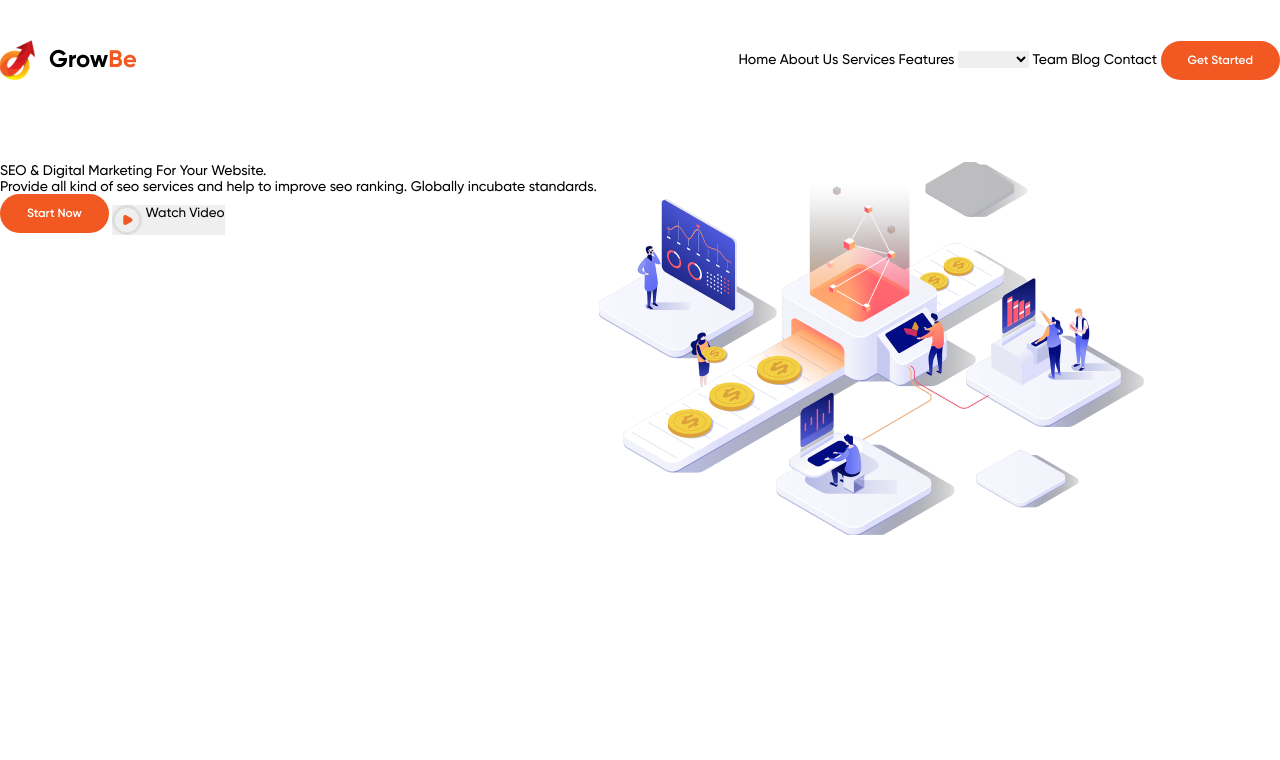
Repository: Alekseiy1980/GrowBe
Page: index.html
An editor plug-in stored every save of this project. The page is shown before and after the next save, followed by the edit.
The browser window is 1280 px wide. The pictures show the whole page.

Above is the page before, as saved 2024-01-20 13:09:56.

### index.html
<!DOCTYPE html>
<html lang="en">
<head>
    <meta charset="UTF-8">
    <meta name="viewport" content="width=device-width, initial-scale=1.0">

    <link rel="stylesheet" href="css/reset.css">
    <link rel="stylesheet" href="css/style.css">
    <title>GrowBe</title>
</head>
<body>
    <header>
        <div class="menu_bar">
            <div class="logo">
                <a class="logo-link" href="#">
                    <img src="/img/Logo.svg"  />
                </a>
            </div>
            <nav>
                <a class="menu menu_activ" href="@">Home</a>
                <a class="menu" href="@"> About Us</a>
                <a class="menu" href="@">Services</a>
                <label class="menu menu_label" for="pet-select">Features</label>
                    <select name="pets" id="pet-select">
                    <option value=""></option>
                    <option value="dog">Dog</option>
                    <option value="cat">Cat</option>
                    <option value="hamster">Hamster</option>
                    <option value="parrot">Parrot</option>
                    <option value="spider">Spider</option>
                    <option value="goldfish">Goldfish</option>
                    </select>

                <a class="menu" href="@">Team</a>
                <a class="menu" href="@">Blog</a>
                <a class="menu" href="@">Contact</a>
                <button class="btn_menu" type="button">Get Started</button>
            </nav>
        </div>


        <div class="home_meta">
            <div class="nome_content">
                <div class="home_title">
                    <h1>SEO & Digital <span>Marketing</span>  For Your Website.</>
                </div>
            <div class="sub_title">
                <p>Provide all kind of seo services and help to improve seo ranking. Globally incubate standards.</p>
            </div>
            <div class="btn_meta">
                <button class="btn_menu" type="button">Start Now</button>
                <button class="btn_video" type="button">
                        <img
                            src="img/play.svg"
                            alt="play"
                            />
                    Watch Video</button>
            </div>
            </div>
            <div class="home_img">
                <img src="img/home_Image.png" alt="">
            </div>
        </div>
    </header>
</body>
</html>

### css/reset.css

* {
    padding: 0;
    margin: 0;
    border: 0;
}

*,
*::before,
*::after {
    -moz-box-sizing: border-box;
    -webkit-box-sizing: border-box;
    box-sizing: border-box;
}

:focus,
:active {
    outline: none;
}

a:focus,
a:active {
    outline: none;
}

nav,
footer,
header,
aside {
    display: block;
}

html,
body {
    height: 100%;
    width: 100%;
    font-size: 100%;
    line-height: 1;
    font-size: 14px;
    -ms-text-size-adjust: 100%;
    -moz-text-size-adjust: 100%;
    -webkit-text-size-adjust: 100%;
}

input,
button,
textarea {
    font-family: inherit;
}

input::-ms-clear {
    display: none;
}

button {
    cursor: pointer;
}

button::-moz-focus-inner {
    padding: 0;
    border: 0;
}

a,
a:visited {
    text-decoration: none;
}

a:hover {
    text-decoration: none;
}

ul li {
    list-style: none;
}

img {
    vertical-align: top;
}

h1,
h2,
h3,
h4,
h5,
h6 {
    font-size: inherit;
    font-weight: 400;
}

### css/style.css
@font-face {
	font-family: 'Gilroy-Bold';
	src: url(/fonts/Gilroy-Bold.ttf);
}


@font-face {
	font-family: 'Gilroy-Medium';
	src: url(/fonts/Gilroy-Medium.ttf);
}
@font-face{
    font-family: 'Gilroy_Regular';
    src: url(/fonts/Gilroy-Regular.ttf);
}

@font-face{
    font-family: 'Gilroy-SemiBold';
    src: url(/fonts/Gilroy-SemiBold.ttf);
}
body{
    font-family: Gilroy-Medium;
    font-size: 14px;
    font-style: normal;
    font-weight: 400;
    line-height: normal;
}

header {
    max-width: 1920px;
    margin: 0 auto;
}
.menu_bar{
    display: flex;
    justify-content: space-between;
    align-items: center;
    margin-top: 40px;
    height: 40px;
}

.logo{
    width: 137px;
    height: 40px;
}

.menu{
    color: #000;
    padding-top: 11px;
    padding-bottom: 12px;

}

.menu:hover{
    color: #F25822;
    font-family: Gilroy-SemiBold;
}

.btn_menu{
    color: #FFF;
    font-family: Gilroy-SemiBold;
    font-size: 12px;
    border-radius: 30px;
    background: #F25822;
    padding:12px 27px 13px;
}

.btn_menu:hover{
    background: #f84504;
}


.home_meta{
    margin-top: 82px;
    display: flex;
}
.home_cintent{
    justify-content: center;
}


.home_ing{
    width: 544px;
}

After the next save:
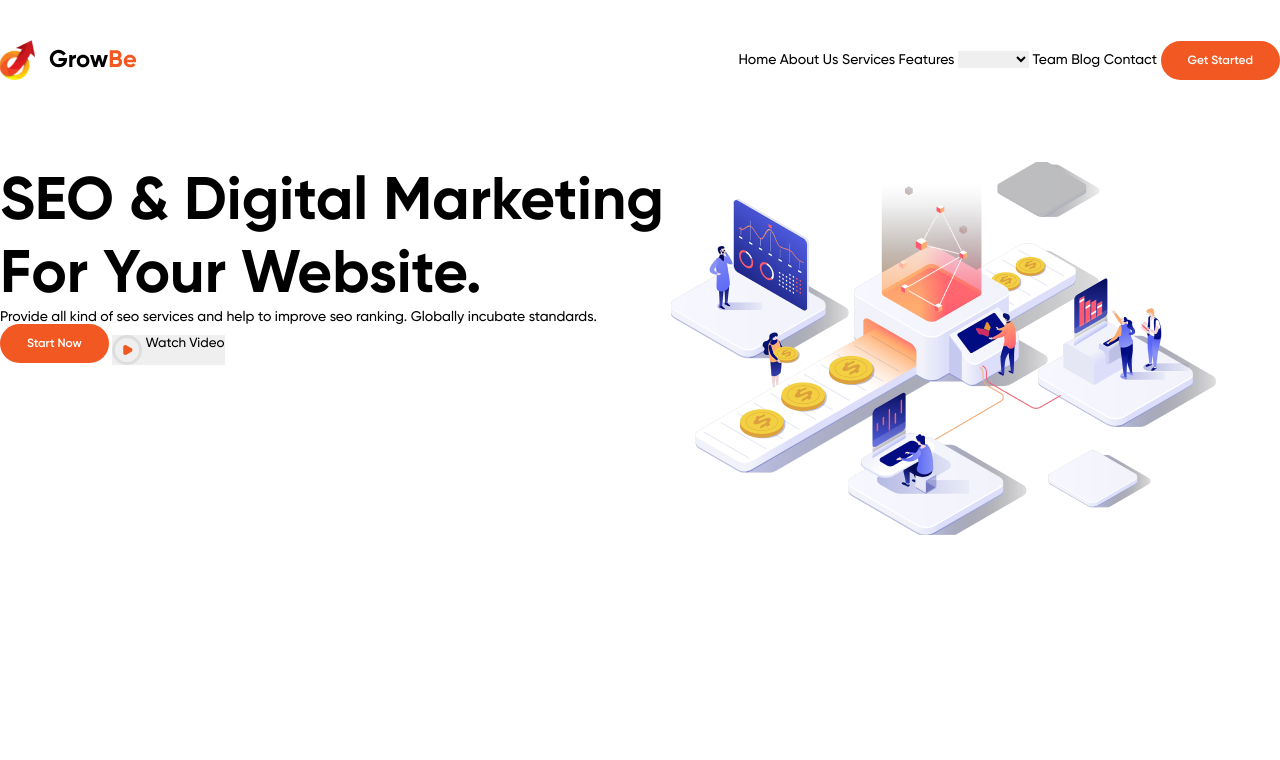
Saved 51 s later.
--- a/css/style.css
+++ b/css/style.css
@@ -75,7 +75,11 @@ header {
 .home_cintent{
     justify-content: center;
 }
-
+.home_title{
+    color: #000;
+    font-family: Gilroy-Bold;
+    font-size: 60px;
+}
 
 .home_ing{
     width: 544px;
